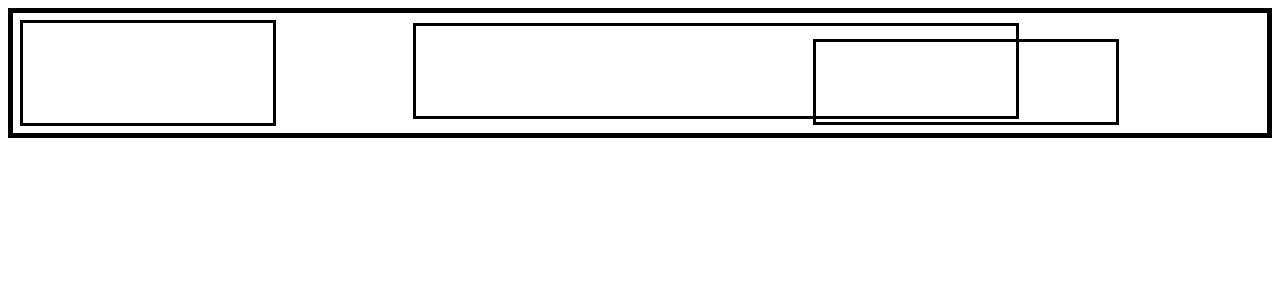
Repository: cartervandekamp/htmlstructure.mdia2003
Page: htmlstructure-psd/index.html
These files come from the project's save history. The page is drawn as it stood at one moment and after the next save; the edit follows.
The browser window is 1280 px wide. The pictures show the whole page.

Above is the page before, as saved 2023-01-16 18:06:49.

### htmlstructure-psd/index.html
<!DOCTYPE html>
<html lang="en">
<head>
    <title>Document</title>
    <link rel="stylesheet" href="style.css">
</head>
<body>
    <div class="toprow">
        <div class="topleft"></div>
        <div class="topmiddle"></div>
        <div class="topright"></div>
    </div>
    <div class="thinbar"></div>
    <div class="secondrow">
        <div class="secondleft"></div>
        <div class="secondmiddle"></div>
        <div class="secondright"></div>
    </div>
    <div class="middlecontent">
        <div class="middleleftone">
            <div class="titletextone"></div>
            <div class="bodytextone"></div>
            <div class="footerone"></div>
        </div>
        <div class="middlelefttwo">
            <div class="titletexttwo"></div>
            <div class="bodytexttwo"></div>
            <div class="footertwo"></div>
        </div>
    </div>
    <div class="middlerightone"></div>
    <div class="middlerighttwo"></div>
    <div class="middlerightthree"></div>
    <div class="middletextfour"></div>
<div class="footer">
    <div class="footertitle"></div>
    <div class="footercontent">
        <div class="footercontentone"></div>
        <div class="footercontenttwo"></div>
        <div class="footercontentthree"></div>
        <div class="footercontentfour"></div>
    </div>
    <div class="footerbottom"></div>
</div>

</body>
</html>

### htmlstructure-psd/style.css
body {
    border-style: solid;
    border-color: black;
    border-width: 2px;
}

.toprow {
    height: 120px;
    border-style: solid;
    border-color: black;
}

.topleft {
    height: 100px;
    width: 250px;
    margin: 7px;
    border-style: solid;
    border-color: black;
}

.topmiddle {
    height: 90px;
    width: 600px;
    border-style: solid;
    border-color: black;
    align-items: center;
    margin-left: 400px;
    margin-top: -110px;
}

.topright {
    height: 80px;
    width: 300px;
    border-style: solid;
    border-color: black;
    align-items: center;
    margin-left: 800px;
    margin-top: -80px;
}

After the next save:
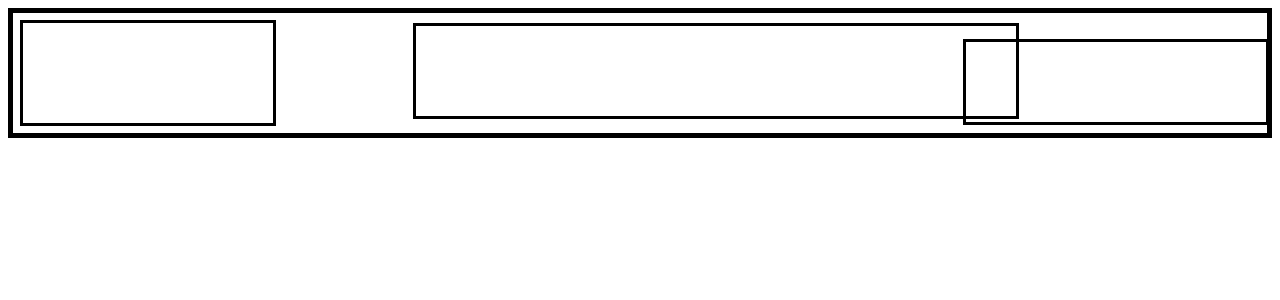
Saved 6 s later.
--- a/htmlstructure-psd/style.css
+++ b/htmlstructure-psd/style.css
@@ -34,6 +34,6 @@ body {
     border-style: solid;
     border-color: black;
     align-items: center;
-    margin-left: 800px;
+    margin-left: 950px;
     margin-top: -80px;
 }
